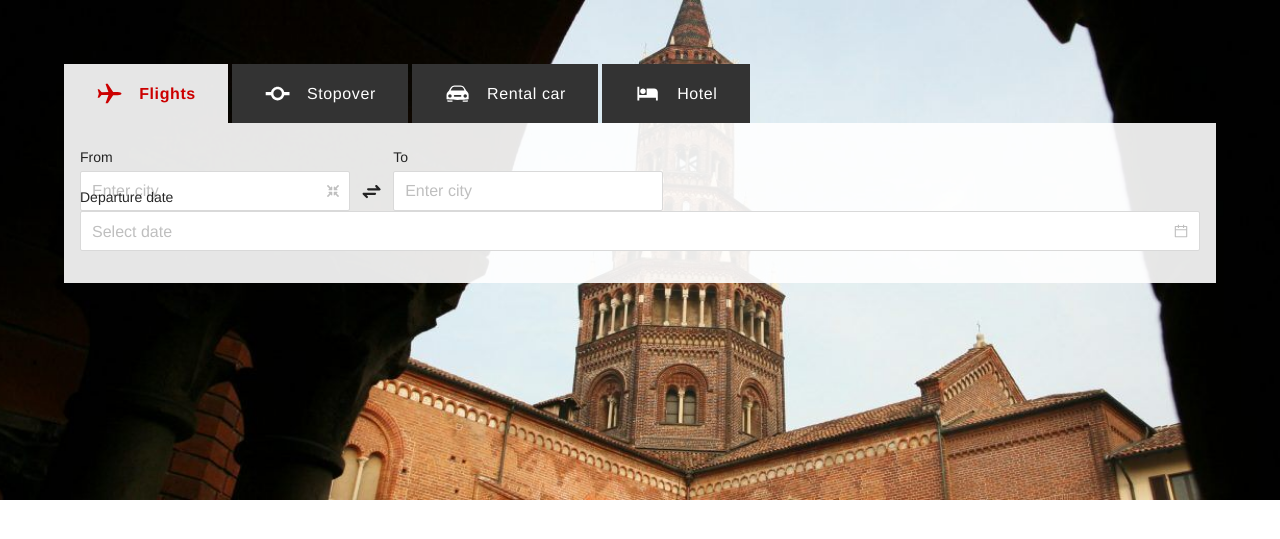
Repository: guidogr95/Everymundo-Excercise
Page: /
An editor plug-in stored every save of this project. The page is shown before and after the next save, followed by the edit.
The browser window is 1280 px wide. The pictures show the whole page.
The project was rebuilt for these pictures with package versions that can differ from the ones it lists, and the page was loaded fresh each time. Also part of the build but not shown: src/components/CustomSpin/customspin.scss.

Above is the page before, as saved 2021-07-01 17:20:51.

### src/App.jsx
// utils
import {
  QueryClient,
  QueryClientProvider,
} from 'react-query'
// styles
import 'antd/dist/antd.css';
import './app.scss';
// components
import BookingMask from 'src/components/BookingMask'

const queryClient = new QueryClient({
  defaultOptions: {
    queries: {
      refetchOnWindowFocus: false,
    },
  },
})

function App() {
  return (
    <QueryClientProvider client={queryClient}>
      <div className="App">
        <div className="flightmanager-container container" >
          <BookingMask />
        </div>
      </div>
    </QueryClientProvider>
  );
}

export default App;

### src/app.scss
@import 'styles/global';

.App {
  .container {
    width: $desktop-maxwidth;
    max-width: 100%;
  }
  .flightmanager-container {
    background: url('./assets/images/bg.jpg');
    background-size: cover;
    background-position: center;
    min-height: 500px;
    margin: auto;
    padding: 4rem;
  }
}

### src/components/BookingMask/index.jsx
import { useState } from 'react'
// styles
import './bookingmask.scss'
// assets
import { IoIosAirplane, IoMdGitCommit, IoIosCar, IoMdBed } from 'react-icons/io'
// components
import EmptyTab from './EmptyTab'
import FlightsTab from './FlightsTab'

const BookingMask = () => {
  const tabs = [
    {
      name: 'Flights',
      icon: <IoIosAirplane />,
      component: <FlightsTab />
    },
    {
      name: 'Stopover',
      icon: <IoMdGitCommit />,
      component: <EmptyTab />
    },
    {
      name: 'Rental car',
      icon: <IoIosCar />,
      component: <EmptyTab />
    },
    {
      name: 'Hotel',
      icon: <IoMdBed />,
      component: <EmptyTab />
    }
  ]

  const [activeTab, setActiveTab] = useState(tabs[0].name)
  const handleTab = name => setActiveTab(name)

  return (
    <section className="bookingmask" >
      <ul className="bookingmask__nav" >
        {tabs.map(tab =>
          <button
            className={activeTab === tab.name ? 'active' : ''}
            onClick={() => handleTab(tab.name)}
            key={tab.name}
          >
            {tab.icon}<span>{tab.name}</span>
          </button>
        )}
      </ul>
      <div className="bookingmask__tabs-wrapper" >
          {tabs.map(tab =>
            <div
              key={tab.name}
              className={`bookingmask__tab${activeTab === tab.name ? ' active' : ''}`}
            >
              {tab.component}
            </div>
          )}
      </div>
    </section>
  )
}

export default BookingMask

### src/styles/_global.scss
@import 'variables';
@import 'mixins';

html,
body {
  position: relative;
  padding: 0;
  margin: 0;
  font-family: $font-family;
  -webkit-text-size-adjust: 100%;
  -webkit-font-smoothing: auto;
  -moz-font-smoothing: auto;
  -moz-osx-font-smoothing: auto;
  --antd-wave-shadow-color: #c00;
}
* {
  box-sizing: border-box;
}
ul {
  margin: 0;
  padding: 0;
}
button {
  border: none;
  cursor: pointer;
}
.ant-select {
  min-width: 270px;
}
.ant-select:not(.ant-select-disabled):hover .ant-select-selector,
.ant-select-focused:not(.ant-select-disabled).ant-select:not(.ant-select-customize-input) .ant-select-selector {
  border-color: $color-red !important;
}
body::-moz-selection,
body::selection {
  color: $color-red !important;
  background: $color-red !important;
}

### src/styles/_variables.scss
// measurements
$desktop-maxwidth: 90rem;
// colors
$color-red: #c00;
$color-gray: #333333;
$color-white: #fff;
// fonts
// font-family
$font-family: SwissText,Helvetica,Arial,sans-serif,LufthansaMamSymbolText;
// font-weight
$font-weight-medium: 700;
$font-weight-small: 300;
// font-size
$font-size-normal: 1rem;
$font-size-large: 1.7rem;
// line height
$line-height-medium: 2.2rem;
// letter spacing
$letter-spacing-small: .6px;

// tab variables
// colors
$color-active-tab-bg: hsla(0,0%,100%,.9);
// padding
$padding-tab-link: 1rem 2rem;
$padding-tab-content: 3rem 1rem 2rem 1rem;
// margin
$margin-tab-link: 0 0 0 .25rem;

### src/styles/_mixins.scss
// MIXINS
@mixin breakpoint($point) {
  @media (max-width: $point) {
    @content;
  }
}

### src/components/BookingMask/bookingmask.scss
@import '/src/styles/variables';
.bookingmask {
  &__nav {
    list-style: none;
    button {
      &:not(:first-of-type) {
        margin: $margin-tab-link;
      }
      color: $color-white;
      background: $color-gray;
      padding: $padding-tab-link;
      display: inline-flex;
      align-items: center;
      font-size: $font-size-normal;
      font-weight: $font-weight-small;
      letter-spacing: $letter-spacing-small;
      &.active {
        color: $color-red;
        font-weight: $font-weight-medium;
        background-color: $color-active-tab-bg;
      }
      svg {
        margin-right: 1rem;
        font-size: $font-size-large;
      }
    }
  }
  &__tabs-wrapper {
    position: relative;
  }
  &__tab {
    position: absolute;
    top: 0;
    left: 0;
    right: 0;
    padding: $padding-tab-content;
    background-color: $color-active-tab-bg;
    display: none;
    &.active {
      display: block;
    }
  }
}

### src/components/BookingMask/EmptyTab/index.jsx
const EmptyTab = () => {
  return (
    <div>
      some more stuff
    </div>
  )
}

export default EmptyTab

### src/components/BookingMask/FlightsTab/index.jsx
import { useRef } from 'react'
// assets
import { CgArrowsExchange } from 'react-icons/cg'
import { FaCompressArrowsAlt } from 'react-icons/fa'
// components
import AirportInput from './AirportInput'
import DateInput from './DateInput'

import './flightstab.scss'

const FlightsTab = ({ name, activeTab }) => {

  const fromRef = useRef(null)
  const toRef = useRef(null)

  return (
    <div className="bookingmask__flight" >
      <div className="bookingmask__flight--geo" >
        <AirportInput
          ref={fromRef}
          label="From"
          placeholder="Enter city"
          id="fromInput"
          showArrow={true}
          suffixIcon={<FaCompressArrowsAlt/>}
          />
        <span className="separator" >
          <CgArrowsExchange/>
        </span>
        <AirportInput
          ref={toRef}
          label="To"
          placeholder="Enter city"
          id="toInput"
          showArrow={false}
        />
      </div>
      <div className="bookingmask__flight--date" >
        <DateInput
          label="Departure date"
          id="depInput"
        />
      </div>
    </div>
  )
}

export default FlightsTab

### src/components/BookingMask/FlightsTab/AirportInput/index.jsx
import { forwardRef, useCallback, useState, useMemo } from 'react'
// utils
import throttle from 'lodash/throttle'
import { Select } from 'antd'
// api
import { fetchAirports } from 'src/api/fetchers'
// components
import CustomSpin from 'src/components/CustomSpin'

import './airportinput.scss'

const { Option } = Select;

const AirportInput = forwardRef(({ placeholder, showArrow, suffixIcon, label, id }, ref) => {
  const [term, setTerm] = useState('')
  const [isLoading, setIsLoading] = useState(false)
  const [data, setData] = useState([])

  const throttledFetch = useMemo(
    () =>
      throttle(val => {
        fetchAirports(val)
        .then((res) => setData(res.data || []))
        .catch(() => setData([]))
        .finally(() => {
          setIsLoading(false)
        })
      }, 2000),
    []
  )
  const handleSelect = useCallback(
    val => {
      setIsLoading(true)
      const innerVal = val || ''
      setTerm(innerVal)
      // fetching api accepts a min of 3 letters for search
      if (innerVal.length <= 2) {
        setData([])
        setIsLoading(false)
      } else {
        throttledFetch(val)
      }
    },
    [throttledFetch]
  )

  return (
    <div className="airportinput__wrapper" >
      {label && <label htmlFor={id} >{label}</label>}
      <Select
        showSearch
        allowClear
        id={id}
        ref={ref}
        placeholder={placeholder || 'Enter city'}
        value={term || undefined}
        onSearch={handleSelect}
        onChange={(val) => setTerm(val)}
        onClear={handleSelect}
        size='large'
        showArrow={showArrow}
        suffixIcon={suffixIcon}
        optionLabelProp='value'
        defaultActiveFirstOption={false}
        dropdownClassName="airportinput__dropdown"
        filterOption={false}
        notFoundContent={isLoading ? <CustomSpin size="medium"/> : null}
      >
        {data.length > 0
          ? data.map(airport =>
            <Option key={airport.iata} value={`${airport.city} - ${airport.iata}`} >
              <span>{airport.name}</span>
              <span>{airport.iata}</span>
              <span>{airport.country.name}</span>
            </Option>)
          : null
        }
      </Select>
    </div>
  )
})

export default AirportInput

### src/components/BookingMask/FlightsTab/Dateinput/index.jsx
import { DatePicker } from 'antd'

import './dateinput.scss'

const DateInput = ({ id, label }) => {
  return (
    <div className="dateinput__wrapper" >
      {label && <label htmlFor={id} >{label}</label>}
      <DatePicker
        size="large"
        id={id}
      />
    </div>
  )
}

export default DateInput

### src/components/BookingMask/FlightsTab/flightstab.scss
@import '/src/styles/variables';
.bookingmask__flight {
  &--geo {
    display: flex;
    .separator {
      display: flex;
      align-items: center;
      font-size: $font-size-large;
      padding: 0 .5rem;
    }
  }
}

### src/api/fetchers.js
// utils
import axios from 'axios'

const apiUrl = 'https://airportnames.vercel.app/api'

const fetchAirports = (term) => axios.post(`${apiUrl}/getAirports`, { term })

export {
  fetchAirports
}

### src/components/CustomSpin/index.jsx
import { Spin } from 'antd'
import { LoadingOutlined } from '@ant-design/icons'

import './customspin.scss'

const antIcon = <LoadingOutlined className="customspin" spin />

const CustomSpin = (props) => <Spin indicator={antIcon} {...props} />

export default CustomSpin

### src/components/BookingMask/FlightsTab/AirportInput/airportinput.scss
.airportinput__dropdown {
  .ant-select-item-empty {
    text-align: center;
  }
  .ant-select-item-option-content {
    display: flex;
    flex-direction: column;
    span:nth-of-type(2) {
      font-weight: bold;
    }
  }
}
.airportinput__wrapper {
  display: flex;
  flex-direction: column;
  position: relative;
  label {
    position: absolute;
    left: 0;
    bottom: calc(100% + .2rem);
  }
}

### src/components/BookingMask/FlightsTab/Dateinput/dateinput.scss
.dateinput__wrapper {
  display: flex;
  flex-direction: column;
  position: relative;
  label {
    position: absolute;
    left: 0;
    bottom: calc(100% + .2rem);
  }
}

Loaded but not shown: public/index.html (common file); src/index.jsx (common file); src/reportWebVitals.js (common file)

After the next save:
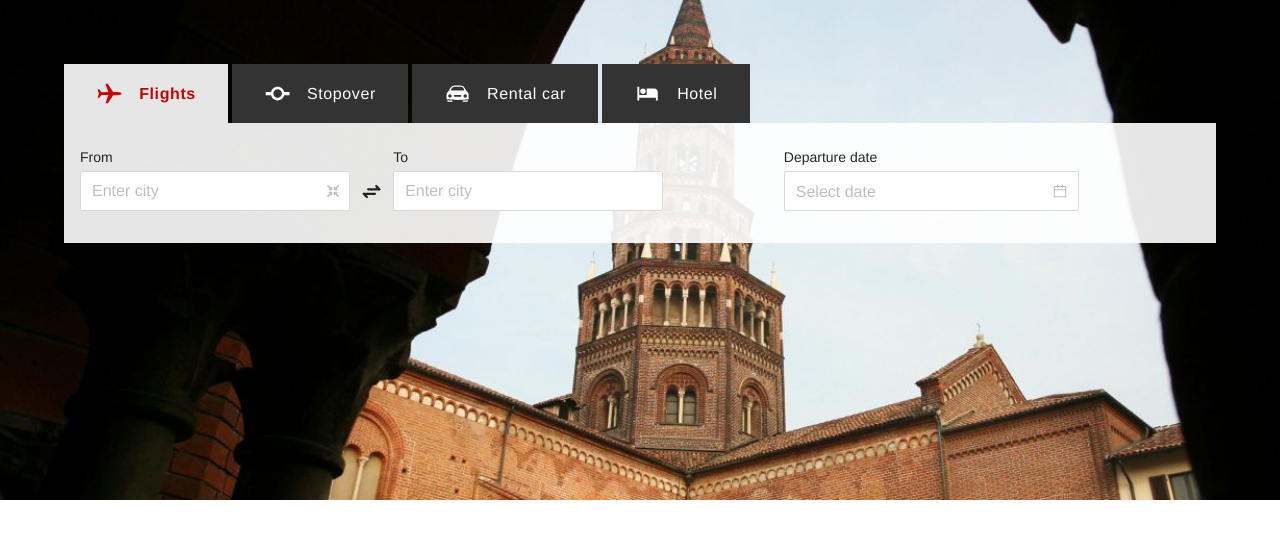
Saved 42 s later.
--- a/src/components/BookingMask/FlightsTab/flightstab.scss
+++ b/src/components/BookingMask/FlightsTab/flightstab.scss
@@ -1,5 +1,7 @@
 @import '/src/styles/variables';
 .bookingmask__flight {
+  display: grid;
+  grid-template-columns: repeat(3, auto);
   &--geo {
     display: flex;
     .separator {
